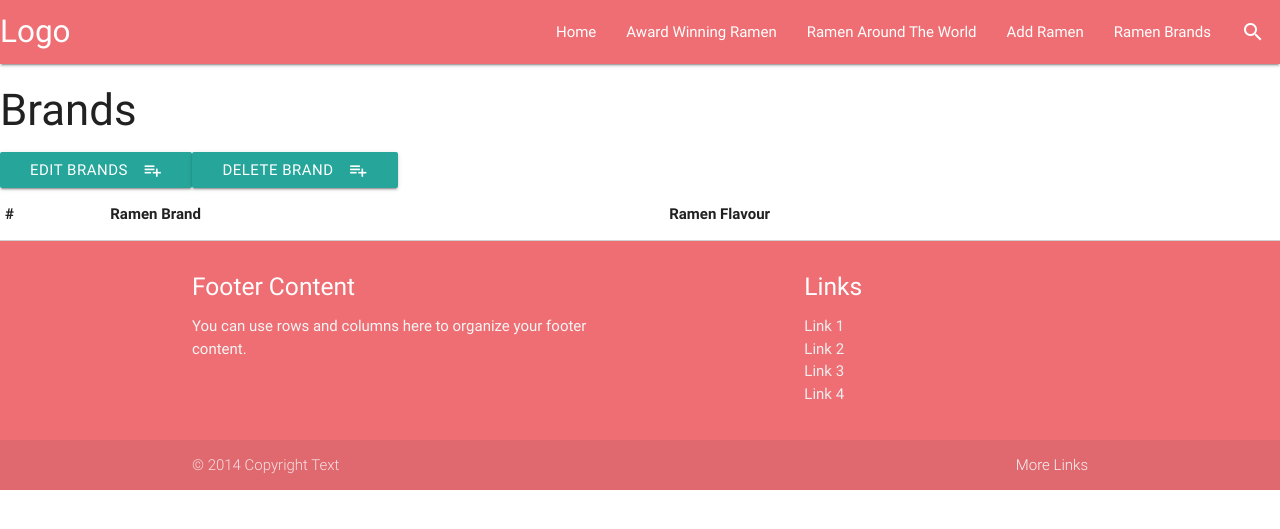
Repository: Paddlepop25/codeinstitute-insta-ramen
Page: templates/brands.html
The author's editor kept a record of every edit. The page is drawn from the files as they stood at one moment, then again after the next edit.
The browser window is 1280 px wide. The pictures show the whole page.
Some web libraries are served in a nearby version. The template is drawn by Flask 3. The application's start-up code is not run. Other server files are loaded and not shown. The template is opened directly, without the code that normally fills it, so the values that code supplies are empty.

Above is the page before.

### templates/brands.html
{% extends 'index.html'%} {% block content %}

<h3>Brands</h3>

<table>
  <thead>
    <th>#</th>
    <th>Ramen Brand</th>
    <th>Ramen Flavour</th>
    {% for brand in brands %}
    <tr>
      <td>{{ brand.Brand }}</td>
    </tr>
      {%- endfor %}

        <button class="btn waves-effect waves-light" type="submit" name="action">Edit Brands
        <i class="material-icons right">playlist_add</i>
      </button>

      <button class="btn waves-effect waves-light" type="submit" name="action">Delete Brand
        <i class="material-icons right">playlist_add</i>
      </button>

  </thead>
</table>
{% endblock %}

### templates/index.html
<!DOCTYPE html>
<html>

<head>
  <link href="https://fonts.googleapis.com/icon?family=Material+Icons" rel="stylesheet">
  <link rel="stylesheet" href="https://cdnjs.cloudflare.com/ajax/libs/materialize/0.100.2/css/materialize.min.css">
</head>

<body>
  <header>
    <nav>
      <div class="nav-wrapper">
        <a href="{{url_for('home_page')}}" class="brand-logo">Logo</a>
        <ul id="nav-mobile" class="right hide-on-med-and-down">
          <li><a href="{{url_for('home_page')}}">Home</a></li>
          <li><a href="{{url_for('award_winning')}}">Award Winning Ramen</a></li>
          <li><a href="{{url_for('get_ramen')}}">Ramen Around The World</a></li>
          <li><a href="{{url_for('add_ramen')}}">Add Ramen</a></li>
          <li><a href="{{url_for('get_brands')}}">Ramen Brands</a></li>
          <li><a href="sass.html"><i class="material-icons">search</i></a></li>
        </ul>
      </div>
    </nav>
  </header>
  {% block content %} {% endblock %}
  <footer class="page-footer">
          <div class="container">
            <div class="row">
              <div class="col l6 s12">
                <h5 class="white-text">Footer Content</h5>
                <p class="grey-text text-lighten-4">You can use rows and columns here to organize your footer content.</p>
              </div>
              <div class="col l4 offset-l2 s12">
                <h5 class="white-text">Links</h5>
                <ul>
                  <li><a class="grey-text text-lighten-3" href="#!">Link 1</a></li>
                  <li><a class="grey-text text-lighten-3" href="#!">Link 2</a></li>
                  <li><a class="grey-text text-lighten-3" href="#!">Link 3</a></li>
                  <li><a class="grey-text text-lighten-3" href="#!">Link 4</a></li>
                </ul>
              </div>
            </div>
          </div>
          <div class="footer-copyright">
            <div class="container">
            © 2014 Copyright Text
            <a class="grey-text text-lighten-4 right" href="#!">More Links</a>
            </div>
          </div>
        </footer>
  <script src="https://cdnjs.cloudflare.com/ajax/libs/jquery/3.2.1/jquery.min.js"></script>
  <script src="https://cdnjs.cloudflare.com/ajax/libs/materialize/0.100.2/js/materialize.min.js"></script>
  <!--<script type="text/javascript" src="./static/scripts/app.js"></script>-->
  <script type="text/javascript">
  $(document).ready(function(){
    $('select').material_select();
  });
  </script>
</body>

</html>

After the next edit:
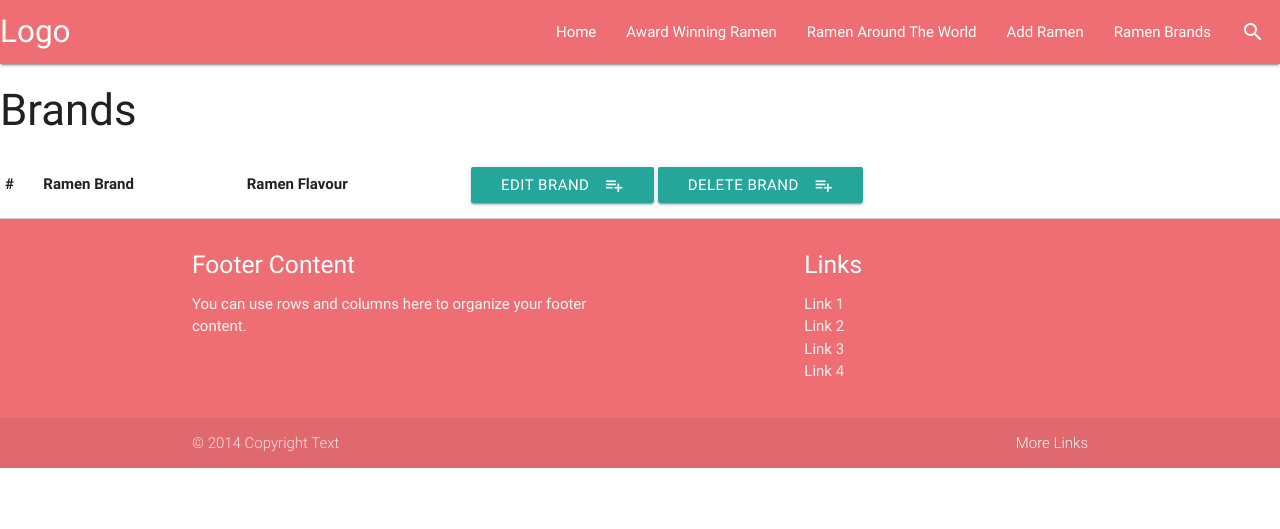
The edit:
--- a/templates/brands.html
+++ b/templates/brands.html
@@ -10,16 +10,17 @@
     {% for brand in brands %}
     <tr>
       <td>{{ brand.Brand }}</td>
-    </tr>
       {%- endfor %}
-
-        <button class="btn waves-effect waves-light" type="submit" name="action">Edit Brands
+      <td>
+        <button class="btn waves-effect waves-light" type="submit" name="action">Edit Brand
         <i class="material-icons right">playlist_add</i>
       </button>
 
       <button class="btn waves-effect waves-light" type="submit" name="action">Delete Brand
         <i class="material-icons right">playlist_add</i>
       </button>
+    </tr>
+
 
   </thead>
 </table>
